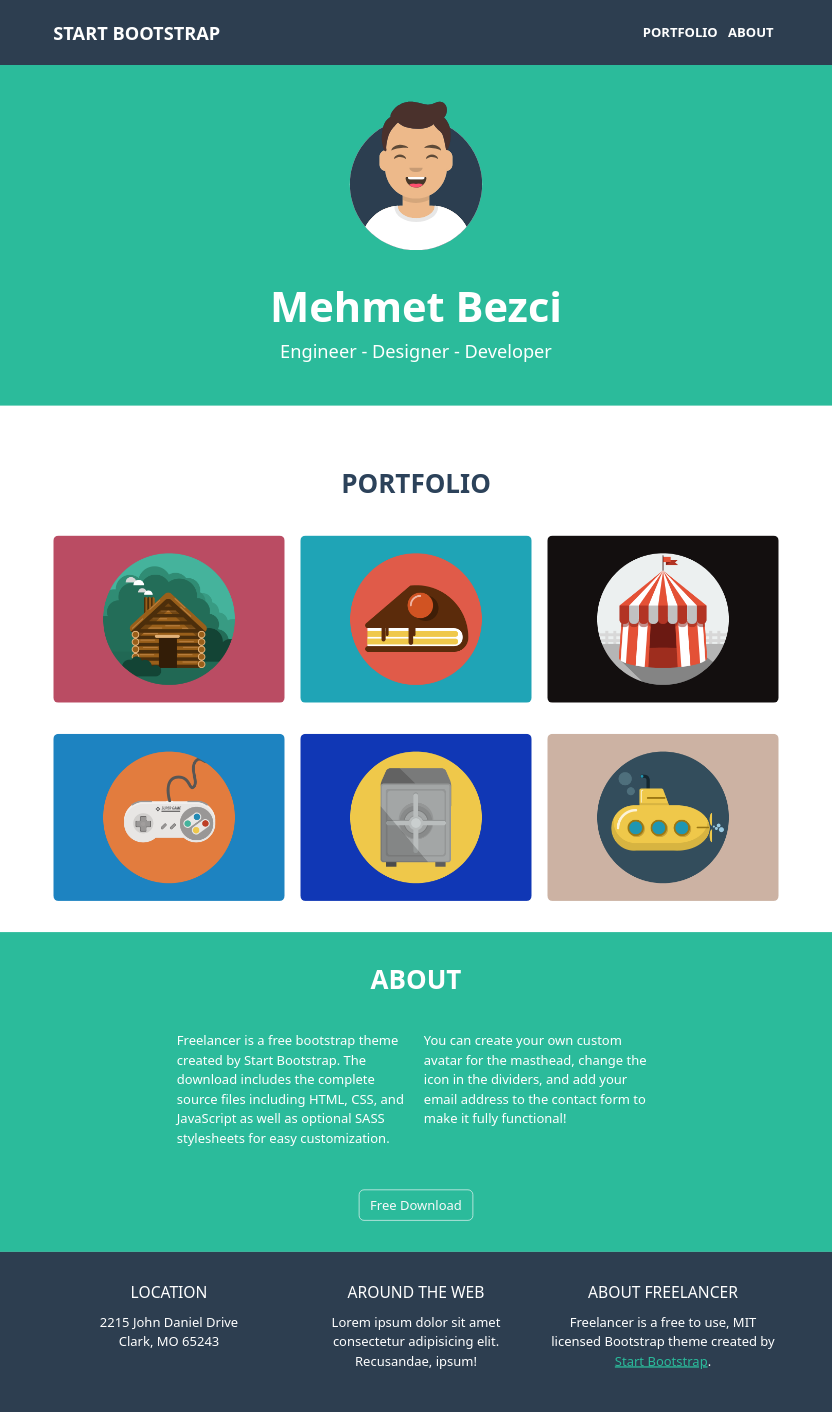
Repository: 7JaxeN7/WT-1255P-Mehmet_BEZC-
Page: index.html
An editor plug-in stored every save of this project. The page is shown before and after the next save, followed by the edit.
The browser window is 1280 px wide. The pictures show the whole page, at 65% of full size.

Above is the page before, as saved 2025-01-07 00:59:03.

### index.html
<!DOCTYPE html>
<html lang="tr">

<head>
  <meta charset="UTF-8">
  <meta name="viewport" content="width=device-width, initial-scale=1.0">
  <link rel="stylesheet" href="style.css">
  <link href="https://cdn.jsdelivr.net/npm/bootstrap@5.3.3/dist/css/bootstrap.min.css" rel="stylesheet"
    integrity="sha384-QWTKZyjpPEjISv5WaRU9OFeRpok6YctnYmDr5pNlyT2bRjXh0JMhjY6hW+ALEwIH" crossorigin="anonymous">
  <title>Start Bootstrap</title>
</head>

<body>
  <!-- Navbar -->
  <header>
    <nav class="navbar navbar-expand-lg navbar-bg">
      <div class="container pt-3 pb-3">
        <a class="navbar-brand text-white fw-bolder fs-3" href="#">START BOOTSTRAP</a>
        <button class="navbar-toggler" type="button" data-bs-toggle="collapse" data-bs-target="#navbarNav"
          aria-controls="navbarNav" aria-expanded="false" aria-label="Toggle navigation">
          <span class="navbar-toggler-icon"></span>
        </button>
        <div class="collapse navbar-collapse" id="navbarNav">
          <ul class="navbar-nav ms-auto">
            <li class="nav-item">
              <a class="nav-link text-white fw-bolder fs-5" href="#portfolio">PORTFOLIO</a>
            </li>
            <li class="nav-item">
              <a class="nav-link text-white fw-bolder fs-5" href="#about">ABOUT</a>
            </li>
          </ul>
        </div>
      </div>
    </nav>
  </header>
  <!-- Herosection -->
  <div class="herosection-bg pt-5 pb-5">
    <div class="container text-center">
      <img src="/assets/img/avataaars.svg" width="20%" />
      <h1 class="mt-5 text-white fw-bolder display-3">Mehmet Bezci</h1>
      <p class="text-white fs-3">Engineer - Designer - Developer</p>
    </div>
  </div>
  <!-- Portfolio -->
  <div class="portfolio-section" id="portfolio">
    <h2 class="text-center mt-5 pt-5 pb-5 fs-1 fw-semibold portfolio-tittle">PORTFOLIO</h2>
    <div class="container">
      <div class="row">
        <div class="col-12 col-md-6 col-lg-4 mb-5">
          <img src="/assets/img/cabin.png" class="img-fluid rounded-3">
        </div>
        <div class="col-12 col-md-6 col-lg-4 mb-5">
          <img src="/assets/img/cake.png" class="img-fluid rounded-3">
        </div>
        <div class="col-12 col-md-6 col-lg-4 mb-5">
          <img src="/assets/img/circus.png" class="img-fluid rounded-3">
        </div>
        <div class="col-12 col-md-6 col-lg-4 mb-5">
          <img src="/assets/img/game.png" class="img-fluid rounded-3">
        </div>
        <div class="col-12 col-md-6 col-lg-4 mb-5">
          <img src="/assets/img/safe.png" class="img-fluid rounded-3">
        </div>
        <div class="col-12 col-md-6 col-lg-4 mb-5">
          <img src="/assets/img/submarine.png" class="img-fluid rounded-3">
        </div>
      </div>
    </div>
  </div>
  <!-- About -->
  <div class="about-section" id="about">
    <div class="container">
      <h2 class="about-tittle fs-1 fw-semibold text-center pt-5 pb-5"> ABOUT</h2>
      <div class="row justify-content-center">
        <div class="col-lg-4 fs-5 text-white">
          <p>
            Freelancer is a free bootstrap theme created by Start Bootstrap. The download includes the complete source
            files including HTML, CSS, and JavaScript as well as optional SASS stylesheets for easy customization.
          </p>
        </div>
        <div class="col-lg-4 fs-5 text-white">
          <p>
            You can create your own custom avatar for the masthead, change the icon in the dividers, and add your email
            address to the contact form to make it fully functional!
          </p>
        </div>
      </div>
      <div class="d-flex justify-content-center">
        <button class="mt-5 mb-5 btn btn-outline-light btn-lg">Free Download</button>
      </div>
    </div>
  </div>
  <!-- Footer -->
  <footer>
    <div class="footer-section pt-5 pb-5">
      <div class="container">
        <div class="row">
          <div class="col-lg-4 text-center px-3">
            <h5 class="fs-4 text-white mb-3">LOCATION</h5>
            <p class="text-white fs-5 px-5">
              2215 John Daniel Drive Clark, MO 65243
            </p>
          </div>
          <div class="col-lg-4 text-center px-3">
            <h5 class="fs-4 text-white mb-3 text-uppercase">Around the Web</h5>
            <p class="text-white fs-5">
              Lorem ipsum dolor sit amet consectetur adipisicing elit. Recusandae, ipsum!
            </p>
          </div>
          <div class="col-lg-4 text-center px-3">
            <h5 class="fs-4 text-white mb-3 text-uppercase">About Freelancer</h5>
            <p class="text-white fs-5">
              Freelancer is a free to use, MIT licensed Bootstrap theme created by <a class="footer-link" href="/"> Start Bootstrap</a>.
            </p>
          </div>
        </div>
      </div>
    </div>
  </footer>
  <div class="copyright-section bg-dark">

  </div>
  <!-- Burası bootstrap script kısmı -->
  <script src="https://cdn.jsdelivr.net/npm/bootstrap@5.3.3/dist/js/bootstrap.bundle.min.js"
    integrity="sha384-YvpcrYf0tY3lHB60NNkmXc5s9fDVZLESaAA55NDzOxhy9GkcIdslK1eN7N6jIeHz"
    crossorigin="anonymous"></script>
</body>

</html>

### style.css
.navbar-bg {
  background-color: #2d3e50 !important;
}
.herosection-bg{
    background-color: #2bbb9b ;
}
.portfolio-tittle{
    color: #2c425a;
}
.about-section{
    background-color: #2bbb9b ;
}
.about-tittle{
    color: #ffffff;
}
.footer-section{
    background-color: #2d3e50;
}
.footer-link{
    color: #2bbb9b ;
}
a.footer-link:hover{
    color: #1a7971 ;
}
a.nav-link:hover{
    color:#2bbb9b !important;
}

After the next save:
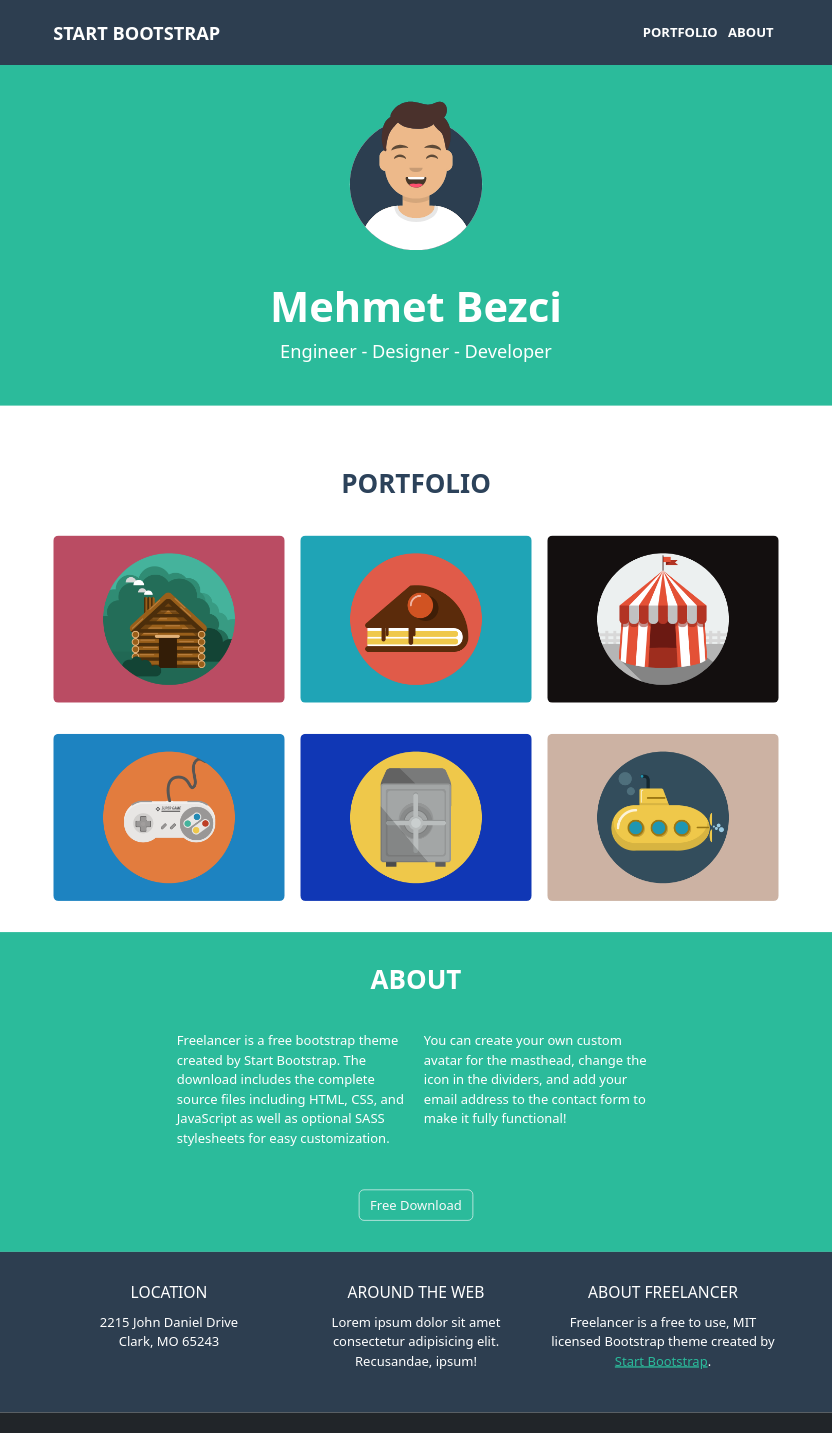
Saved 19 s later.
--- a/index.html
+++ b/index.html
@@ -117,7 +117,7 @@
       </div>
     </div>
   </footer>
-  <div class="copyright-section bg-dark">
+  <div class="copyright-section bg-dark py-3">
 
   </div>
   <!-- Burası bootstrap script kısmı -->
